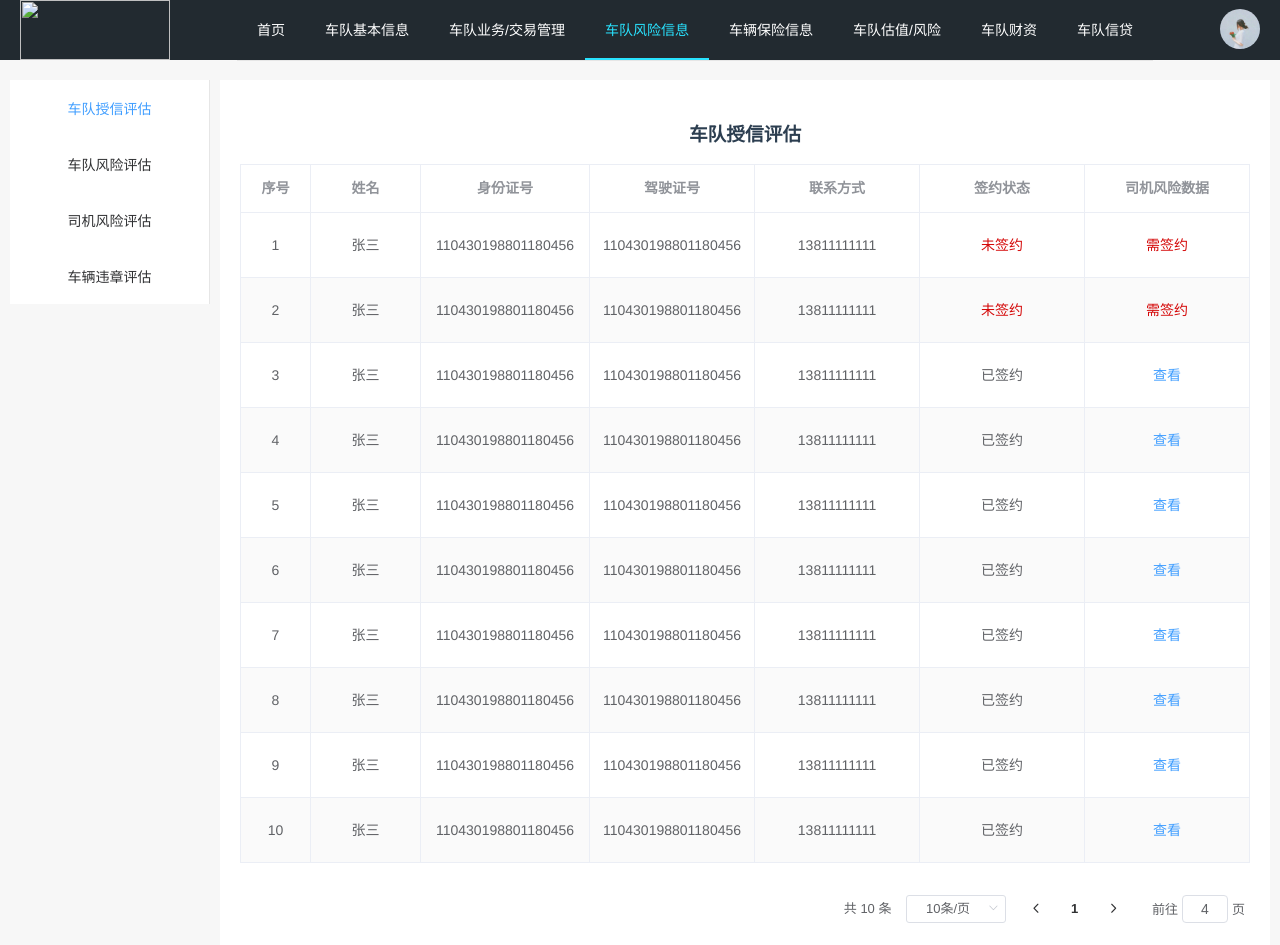
Repository: TheWomanLiketheWind/woodpecker
Page: /
These files come from the project's save history. The page is drawn as it stood at one moment and after the next save; the edit follows.
The browser window is 1280 px wide. The pictures show the whole page.
The project was rebuilt for these pictures with package versions that can differ from the ones it lists, and the page was loaded fresh each time. Also part of the build but not shown: src/views/menuThird.vue.

Above is the page before, as saved 2019-07-26 09:28:25.

After the next save:
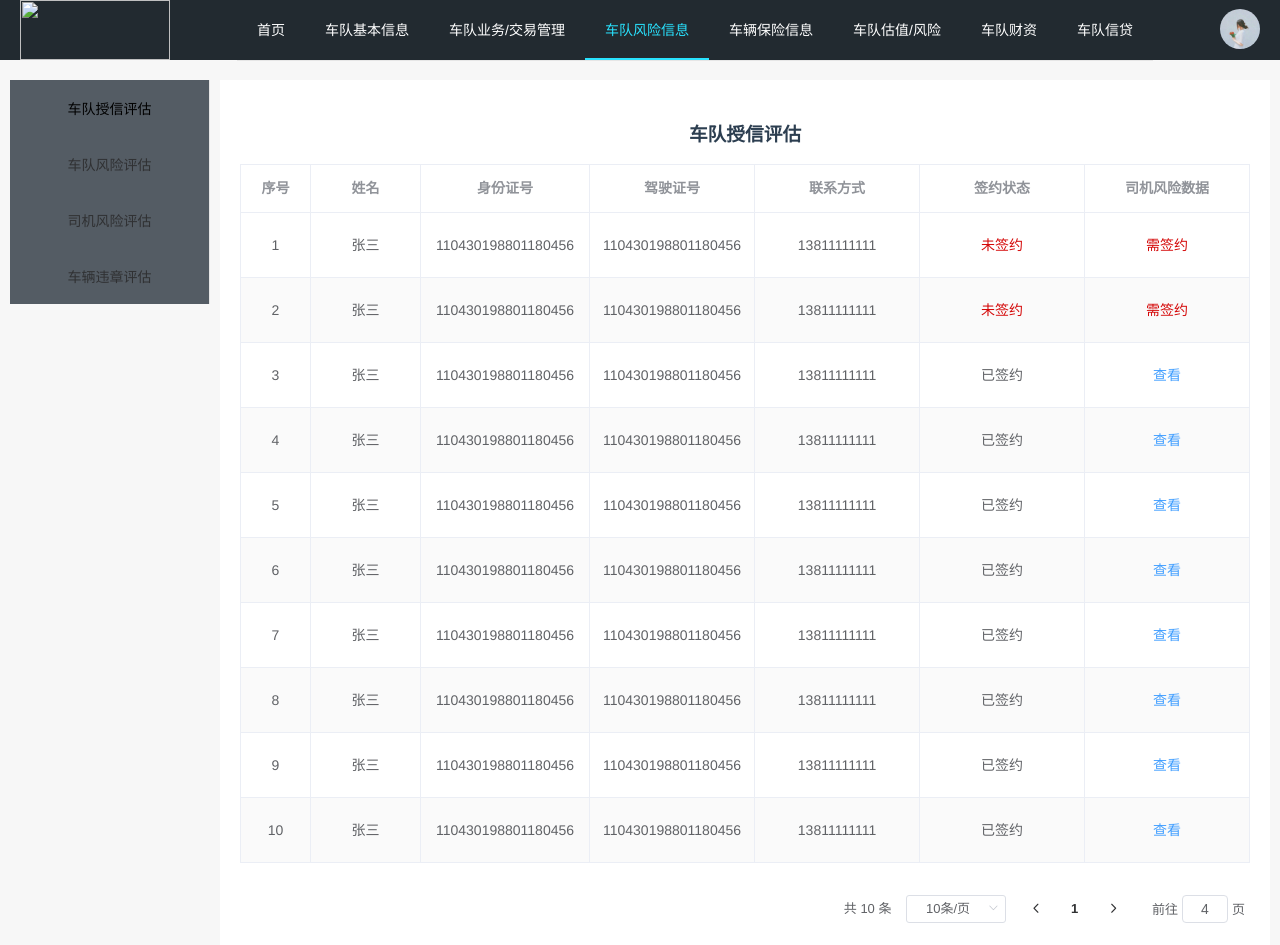
Saved 3 min 34 s later.
--- a/src/views/menuSecond.vue
+++ b/src/views/menuSecond.vue
@@ -5,6 +5,8 @@
               class="asideClass">
       <el-menu :default-active="defaultActive"
                class="el-menu-vertical-demo"
+               active-text-color="#000"
+               background-color="#545c64"
                @select="handleSelect">
         <el-menu-item v-for="(item, index) in filesList.navigeList"
                       :key="index"

After the save that followed:
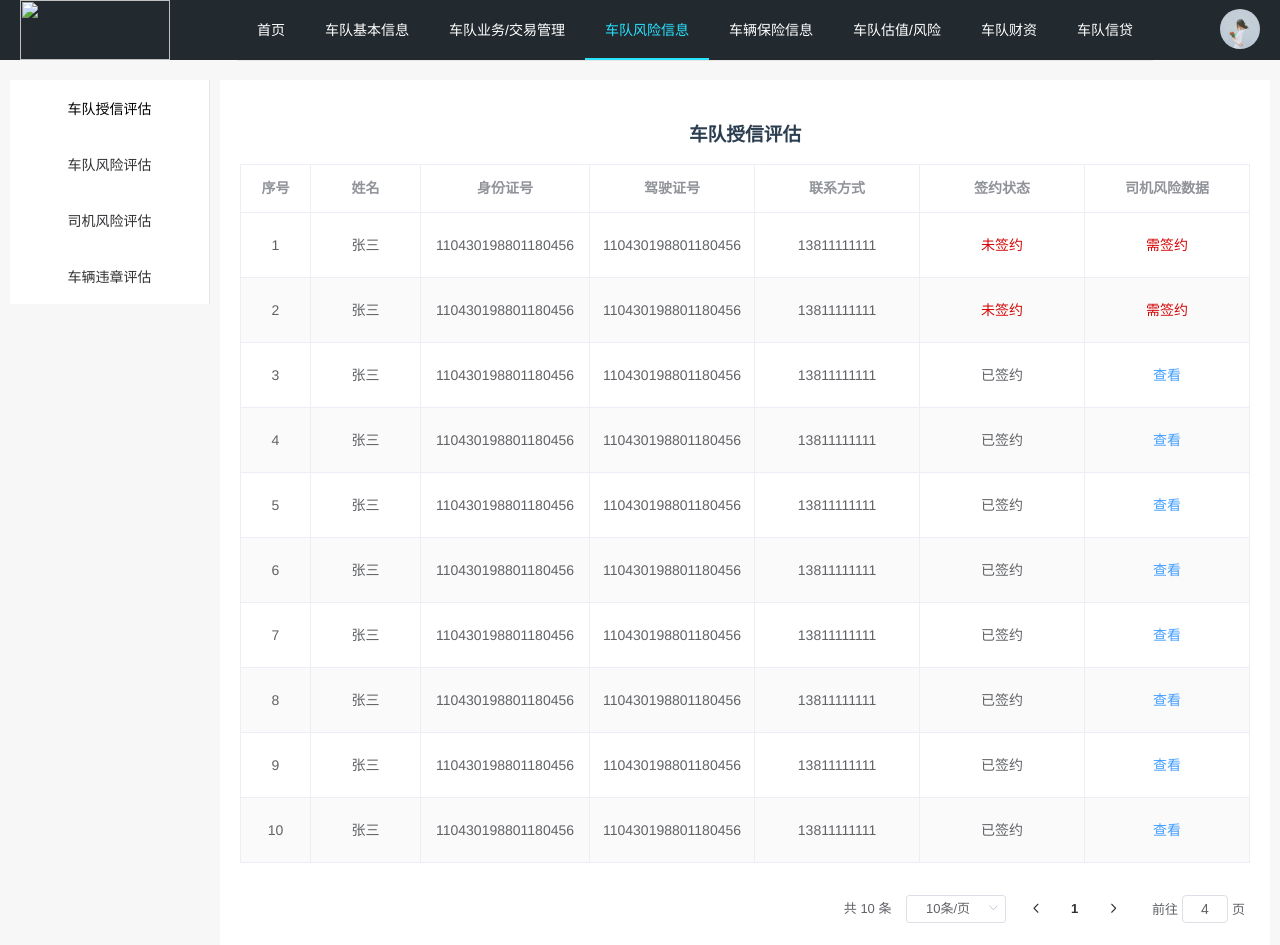
Saved 11 s later.
--- a/src/views/menuSecond.vue
+++ b/src/views/menuSecond.vue
@@ -6,7 +6,6 @@
       <el-menu :default-active="defaultActive"
                class="el-menu-vertical-demo"
                active-text-color="#000"
-               background-color="#545c64"
                @select="handleSelect">
         <el-menu-item v-for="(item, index) in filesList.navigeList"
                       :key="index"
